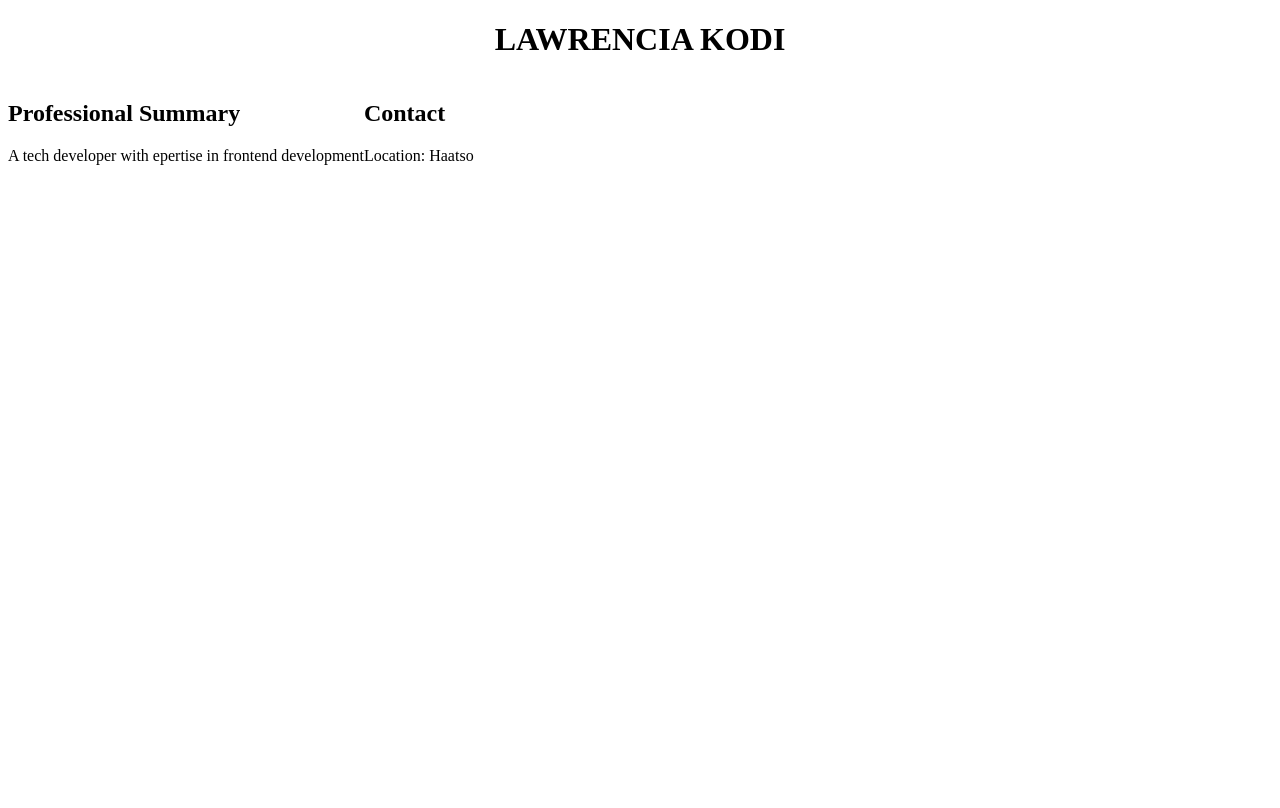
Repository: lawrencia-coder/T4G_CV
Page: index.html
An editor plug-in stored every save of this project. The page is shown before and after a run of saves, followed by the edit.
The browser window is 1280 px wide. The pictures show the whole page.
Some web libraries are served in a nearby version.

Above is the page before, as saved 2026-07-09 07:23:38.

### index.html
<!DOCTYPE html>
<html lang="en">
<head>
    <meta charset="UTF-8">
    <meta name="viewport" content="width=device-width, initial-scale=1.0">
    <script src="https://kit.fontawesome.com/c72fc9c022.js" crossorigin="anonymous"></script>
    <title>T4G_CV</title>
    <link rel="stylesheet" href="style.css">
</head>
<body>
    <h1>LAWRENCIA KODI</h1>
    <div class="cv-container">
        <div class="left-column">
            <h2>Professional Summary</h2>
              <p>A tech developer with epertise in frontend development</p>
        </div>
         <div class="right-column">
             <h2> Contact</h2>
              <p>Location: Haatso</p>
         </div>
    </div>

</body>
</html>

### style.css
/* working on my headings */
h1{
    text-align: center;

}
.cv-container{
    display: flex;
    width: 100%;
    min-height: 100vh;
}

.left-column{

}

After the next 9 saves:
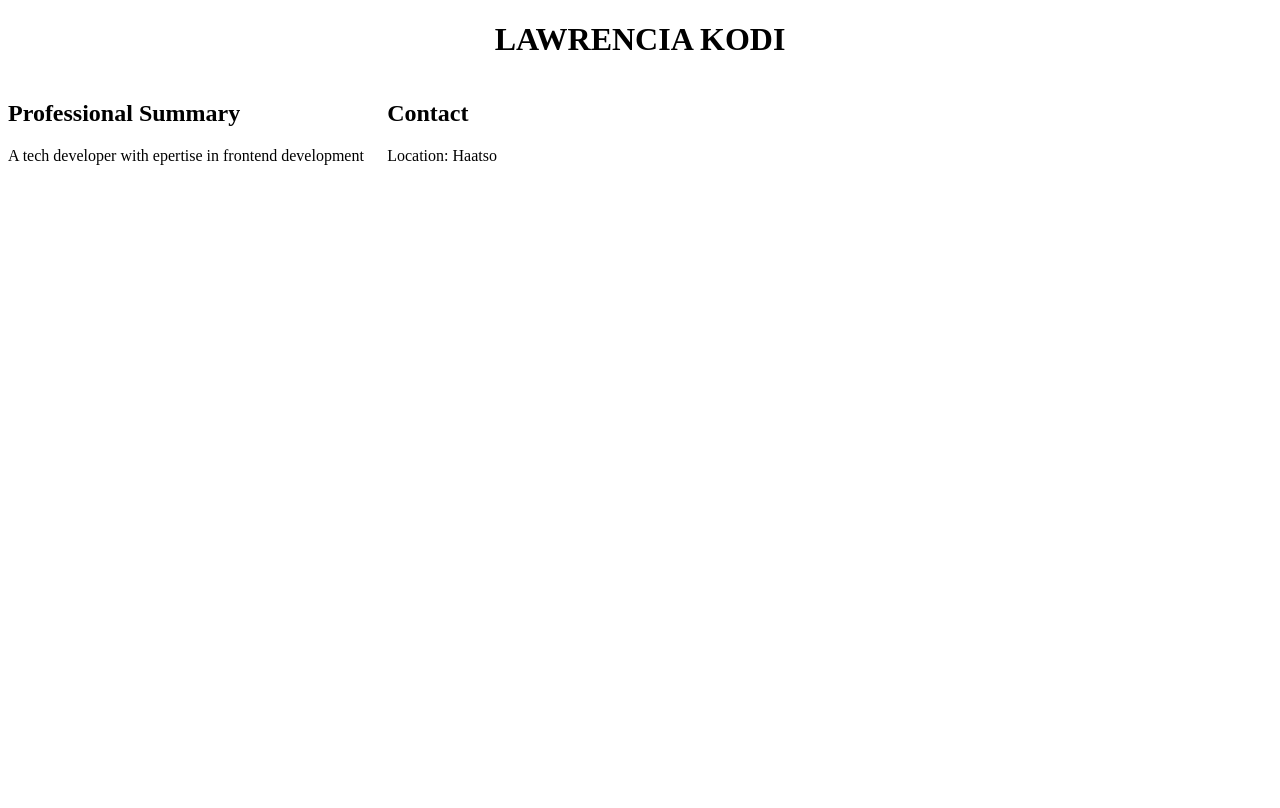
The 9 saves are shown as one change because they came seconds apart.
The last was saved 24 s later.
--- a/style.css
+++ b/style.css
@@ -10,5 +10,6 @@ h1{
 }
 
 .left-column{
+width: 30%;
 
 }
